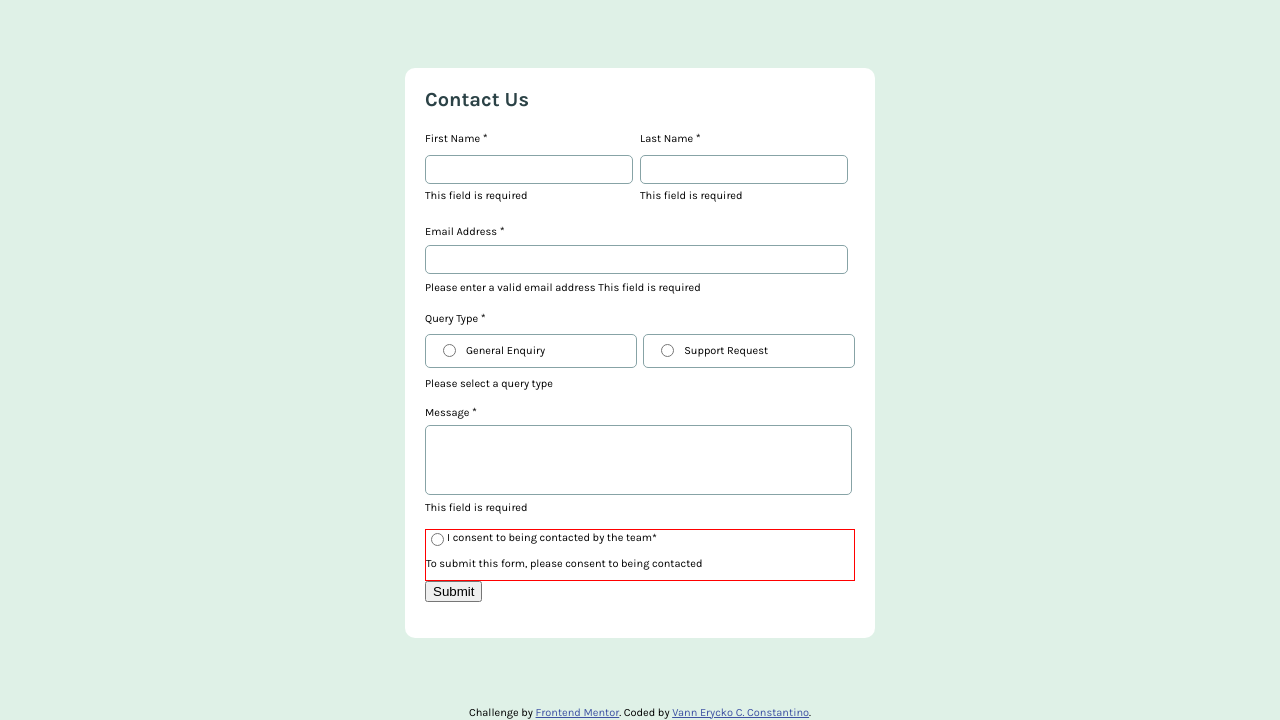
Repository: kocokoy/contact-form
Page: contact-form-main/index.html
The author's editor kept a copy of each file at every save. The page is drawn from the files as they stood at one save, then again after the next save.
The browser window is 1280 px wide. The pictures show the whole page.

Above is the page before, as saved 2024-10-24 10:55:54.

### contact-form-main/index.html
<!DOCTYPE html>
<html lang="en">
<head>
  <meta charset="UTF-8">
  <meta name="viewport" content="width=device-width, initial-scale=1.0"> <!-- displays site properly based on user's device -->

  <link rel="icon" type="image/png" sizes="32x32" href="./assets/images/favicon-32x32.png">
  <link rel="stylesheet" href="/contact-form-main/styles/style.css">
  <link rel="preconnect" href="https://fonts.googleapis.com">
  <link rel="preconnect" href="https://fonts.gstatic.com" crossorigin>
  <link href="https://fonts.googleapis.com/css2?family=Karla:ital,wght@0,200..800;1,200..800&family=Red+Hat+Text:ital,wght@0,300..700;1,300..700&display=swap" rel="stylesheet">
  <title>Frontend Mentor | Contact form</title>

  <!-- Feel free to remove these styles or customise in your own stylesheet 👍 -->
  <style>
    .attribution { font-size: 11px; text-align: center; }
    .attribution a { color: hsl(228, 45%, 44%); }
  </style>
</head>
<body>
  <div class="container">
    <div class="contact-form-card">
      <h1 class="contact-us-header">
        Contact Us
      </h1>
      <div class="name-section">
        <div class="first-name-section">
          <p>
            First Name
            <span>*</span>
          </p>
          <input type="text" name="" id="">
          <p>
            This field is required
          </p>
        </div>
        <div class="last-name-section">
          <p>
            Last Name
            <span>*</span>
          </p>
          <input type="text" name="" id="">
          <p>
            This field is required
          </p>
        </div>
      </div>
      <div class="email-section">
        <p>Email Address  <span>*</span></p>
        <input type="text">
        <p>Please enter a valid email address
          This field is required</p>
      </div>
      <div class="query-type-section">
        <p>Query Type  <span>*</span></p>
        <div class="radio-query-type-section">
          <div class="general-radio-query-type-section">
            <input type="radio">
            General Enquiry
          </div>
          <div class="support-radio-query-type-section">
            <input type="radio">
            Support Request
          </div>
        </div>
        <p>Please select a query type</p>
      </div>
      <div class="message-section">
        <p>Message  <span>*</span></p>
        <input type="text">
        <p>This field is required</p>
      </div>
      <div class="consent-section">
        <div>
          <input type="radio">
          I consent to being contacted by the team  <span>*</span>
        </div>
        <p> To submit this form, please consent to being contacted</p>
      </div>
      <div class="submit-btn-section">
        <button>
          Submit</button>
      </div>
    </div>
  </div>




  <!-- Message Sent!
  Thanks for completing the form. We'll be in touch soon! -->

  <div class="attribution">
    Challenge by <a href="https://www.frontendmentor.io?ref=challenge">Frontend Mentor</a>.
    Coded by <a href="#">Vann Erycko C. Constantino</a>.
  </div>
</body>
</html>

### contact-form-main/styles/style.css
:root{
  /* Primary */
  --Green200: hsl(148, 38%, 91%);
  --Green600: hsl(169, 82%, 27%);
  --Red:hsl(0, 66%, 54%);

  --White: hsl(0, 0%, 100%);
  --Grey500: hsl(186, 15%, 59%);
  --Grey900: hsl(187, 24%, 22%);
}

body{
  padding: 0;
  margin: 0;
  background-color: var(--Green200);
  font-family: Karla;
  font-size: 11px;
  font-weight: 400;
}

span {
  font-size: 12px;
}

.container{
  display: flex;
  align-items: center;
  justify-content: center;
  height: 98vh;
}

.contact-form-card{
  display: flex;
  flex-direction: column;
  border: 1px var(--Grey500);
  background-color: var(--White);
  height: 530px;
  width: 430px;
  border-radius: 10px;
  padding: 20px;
}

.contact-us-header{
  padding: 0;
  margin: 0;
  font-weight: 700;
  font-size: 20px;
  color: var(--Grey900);
}

.name-section{
  display: flex;
  flex-direction: row;
  justify-content: space-between;
  padding-top: 15px;
}

.name-section p{
  margin: 5px 0;
  padding-bottom: 5px;
}

.name-section input{
 width: 94%;
 height: 25px;
 border: 1px solid var(--Grey500);
 border-radius: 5px;
}

.first-name-section, .last-name-section{
  width: 100%;
}

.email-section{
  padding-top: 5px;
  display: flex;
  flex-direction: column;
}

.email-section p{
  margin:0;
  padding: 7px 0;
}

.email-section input{
  width: 97%;
  height: 25px;
  border-radius: 5px;
  border: 1px solid var(--Grey500);
}

.query-type-section{
  padding-top: 1px;
  display: flex;
  flex-direction: column;
}

.query-type-section p{
  padding: 9px 0;
  margin: 0;
}

.query-type-section .radio-query-type-section{
  display: flex;
  flex-direction: row;
  justify-content: space-between;
}

.query-type-section .radio-query-type-section input{
  margin: 0 10px 0 17px;
  border-color: red;
}

.general-radio-query-type-section ,.support-radio-query-type-section{
  display: flex;
  flex-direction: row;
  align-items: center;
  height: 32px;
  border-radius: 5px;
  border: 1px solid var(--Grey500);
  width: 48.8%;
}

.message-section{
  height: 120px;
}

.message-section p{
 padding: 0;
 margin: 0;
 padding: 6px 0;
}

.message-section input{
 width: 98%;
 height: 55%;
 border-radius: 5px;
 border: 1px solid var(--Grey500);
}

.consent-section{
  display: flex;
  flex-direction: column;
  border: 1px solid red;
  margin-top: 10px;
}

.consent-section p{
  padding: 0;
  margin-bottom: 10px;
}

.consent-section div{
  display: flex;
  flex-direction: row;
  justify-self: start;
  align-items: center;
}

After the next save:
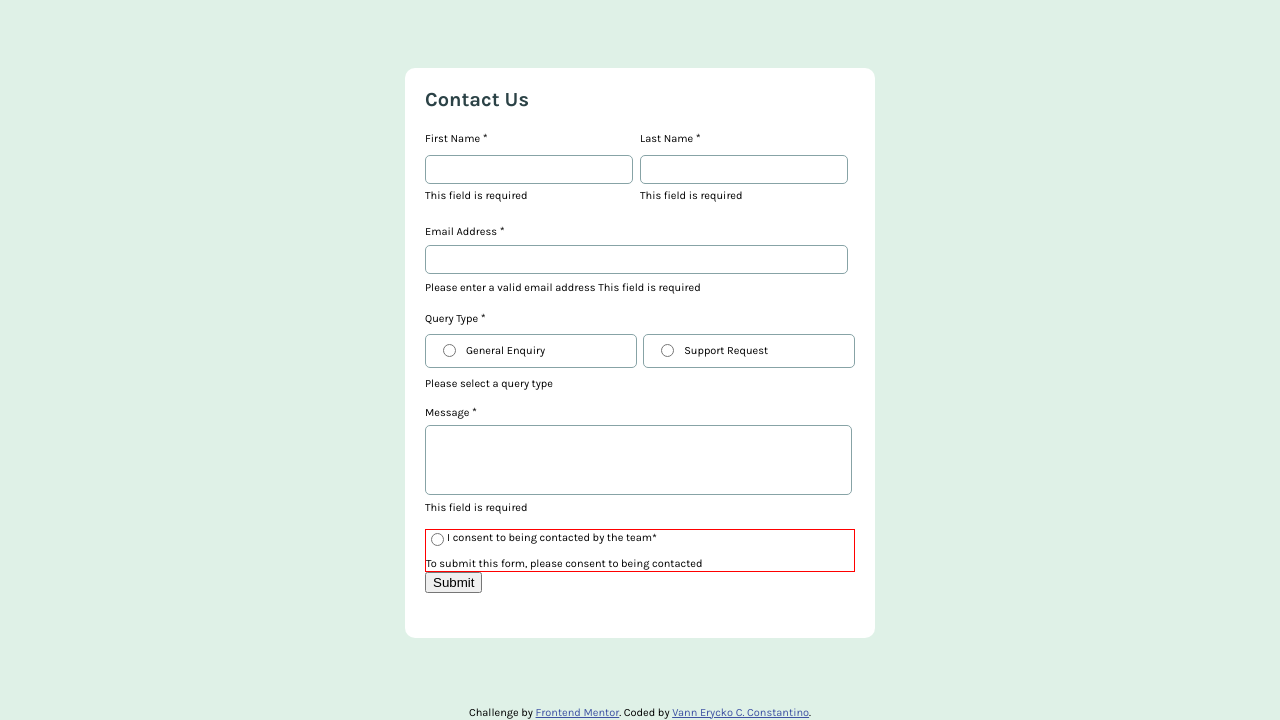
Saved 35 s later.
--- a/contact-form-main/styles/style.css
+++ b/contact-form-main/styles/style.css
@@ -143,11 +143,12 @@ span {
   flex-direction: column;
   border: 1px solid red;
   margin-top: 10px;
+  padding: 0;
 }
 
 .consent-section p{
   padding: 0;
-  margin-bottom: 10px;
+  margin-bottom: 1px;
 }
 
 .consent-section div{
